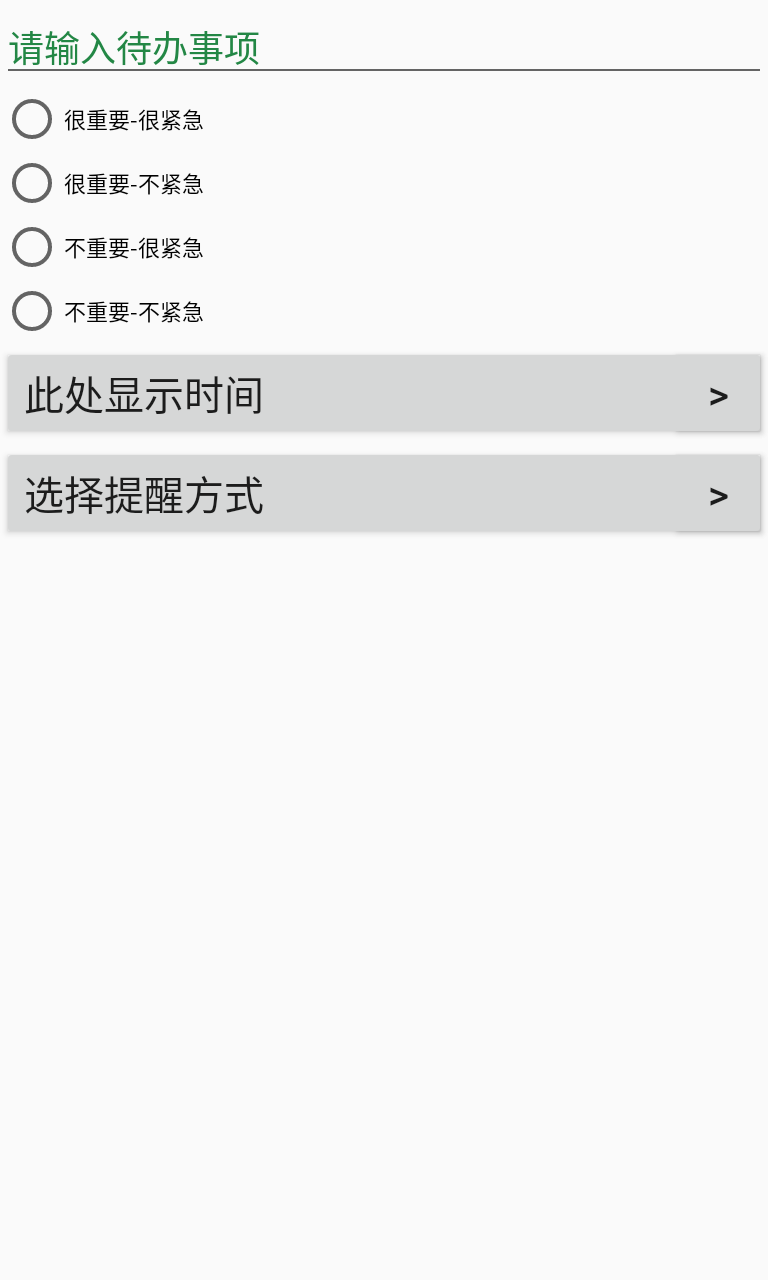
Repository: sh-zh-en/NBTodo
Layout: nbtodo/NBTodo/res/layout/addition_task_layout.xml
The author's editor kept a copy of each file at every save. The layout is drawn from the files as they stood at one save, then again after the next save.
It is drawn on a 768 x 1280 px phone screen (xhdpi) without system bars, with theme AppTheme; the app's code is not run.

Above is the layout before, as saved 2015-03-12 02:36:44.

After the next save:
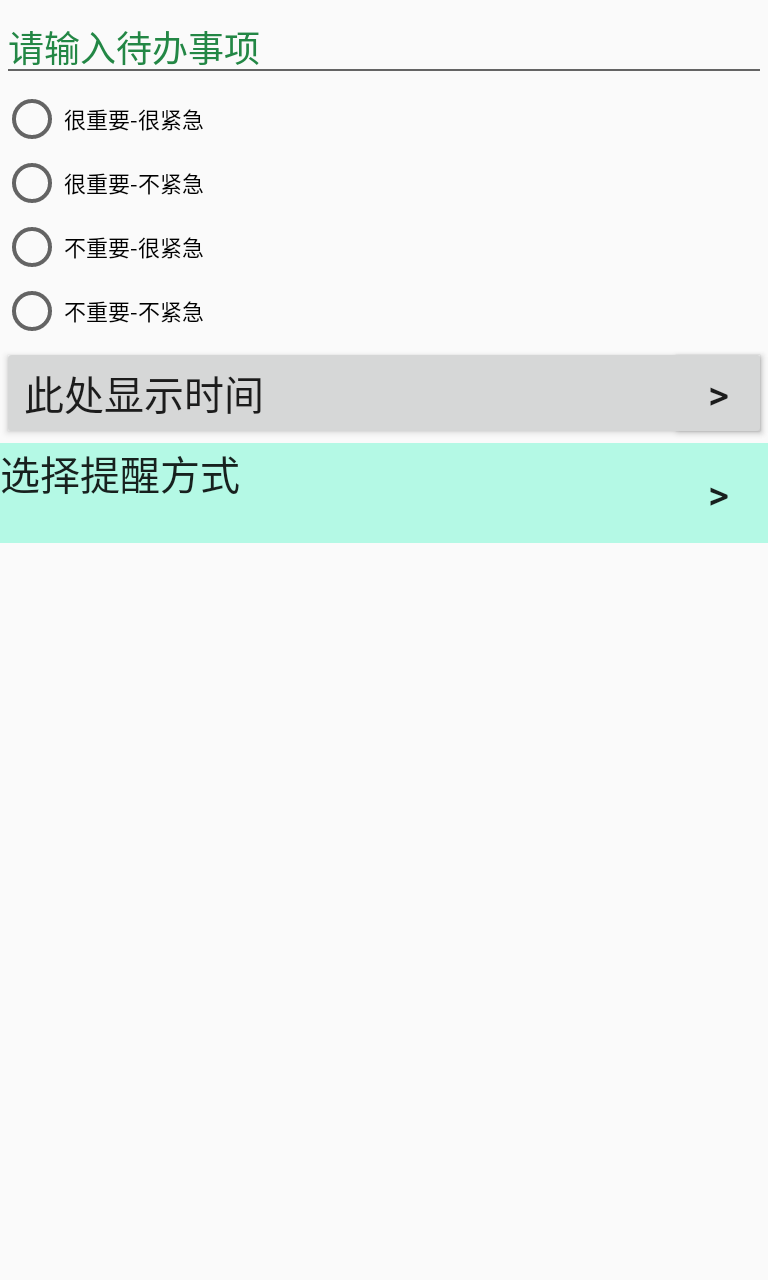
Saved 5 min 1 s later.
--- a/nbtodo/NBTodo/res/layout/addition_task_layout.xml
+++ b/nbtodo/NBTodo/res/layout/addition_task_layout.xml
@@ -81,7 +81,7 @@
 		    android:layout_width="50dp"
 		    android:layout_height="50dp"
 		    android:layout_gravity="right"
-		    android:text=">"
+		    android:text="@string/edit"
 		    android:textSize="20sp"/>
 
 
@@ -98,14 +98,16 @@
 		    android:layout_weight="2"
 		    android:text="@string/warningchoose"
 		    android:textSize="20sp"
-		    android:gravity="left"/>
+		    android:gravity="left"
+		    android:background="#b4f9e5"/>
 		<Button
 		    android:id="@+id/setchoose"
 		    android:layout_width="50dp"
 		    android:layout_height="50dp"
 		    android:layout_gravity="right"
-		    android:text=">"
-		    android:textSize="20sp"/>
+		    android:text="@string/edit"
+		    android:textSize="20sp"
+		    android:background="#b4f9e5"/>
 
 
 	    </FrameLayout>
